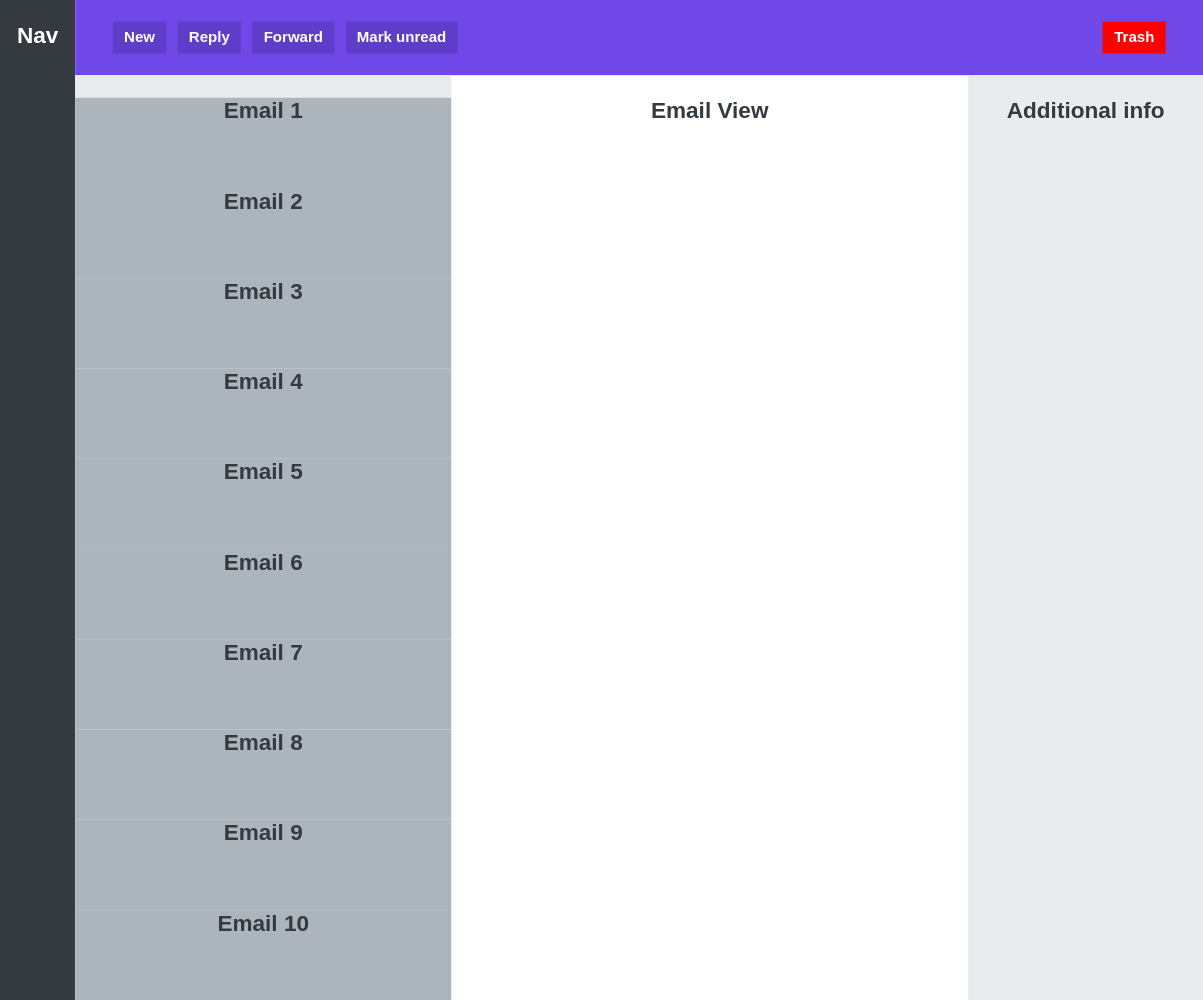
Repository: sunny070/CSS
Page: HTML and CSS some of the important components/06_app-layout.html
These files come from the project's save history. The page is drawn as it stood at one moment and after a run of saves; the edit follows.
The browser window is 1280 px wide. The pictures show the whole page, at 94% of full size.

Above is the page before, as saved 2023-11-17 14:07:28.

After the next 4 saves:
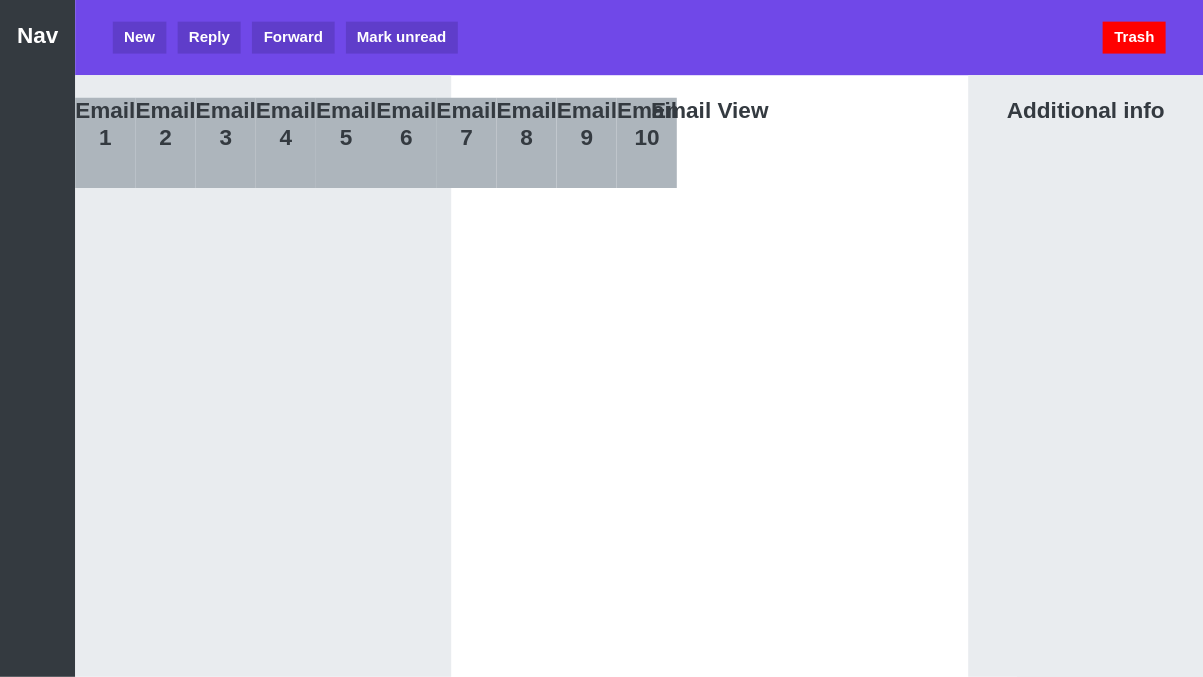
The 4 saves are shown as one change because they came seconds apart.
The last was saved 11 s later.
--- a/HTML and CSS some of the important components/06_app-layout.html
+++ b/HTML and CSS some of the important components/06_app-layout.html
@@ -53,6 +53,8 @@
         }
         section{
             background-color:#e9ecef;
+            display: flex;
+            gap: ;
         }
         .email{
             background-color:#adb5bc;
